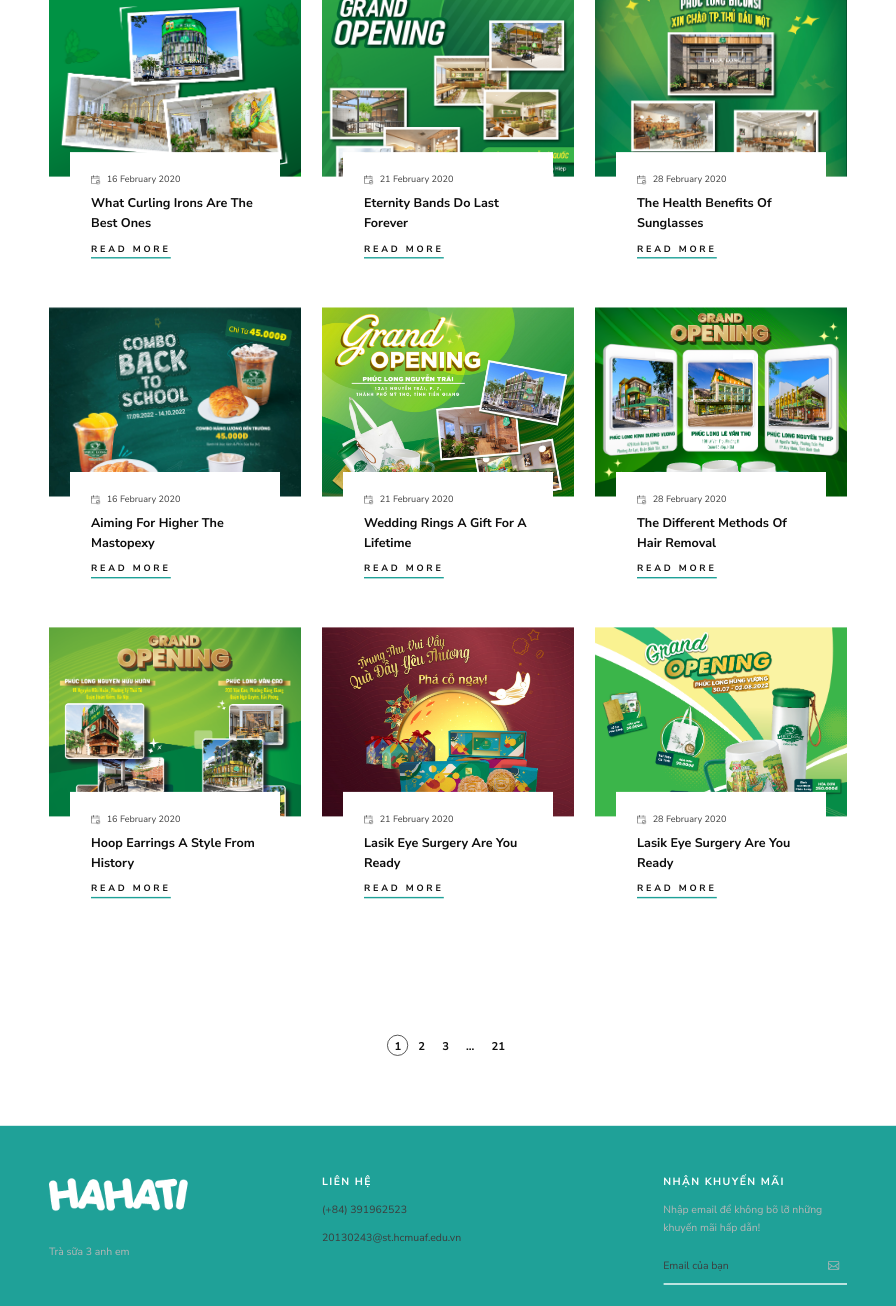
Repository: letrongtinh27/template
Page: blog.html
These files come from the project's save history. The page is drawn as it stood at one moment and after the next save; the edit follows.
The browser window is 1280 px wide. The pictures show the part of the page from y = 686 to 2606 px (the page is 2551 px tall before and 2635 px after), at 70% of full size.

Above is the page before, as saved 2022-10-25 19:31:19.

After the next save:
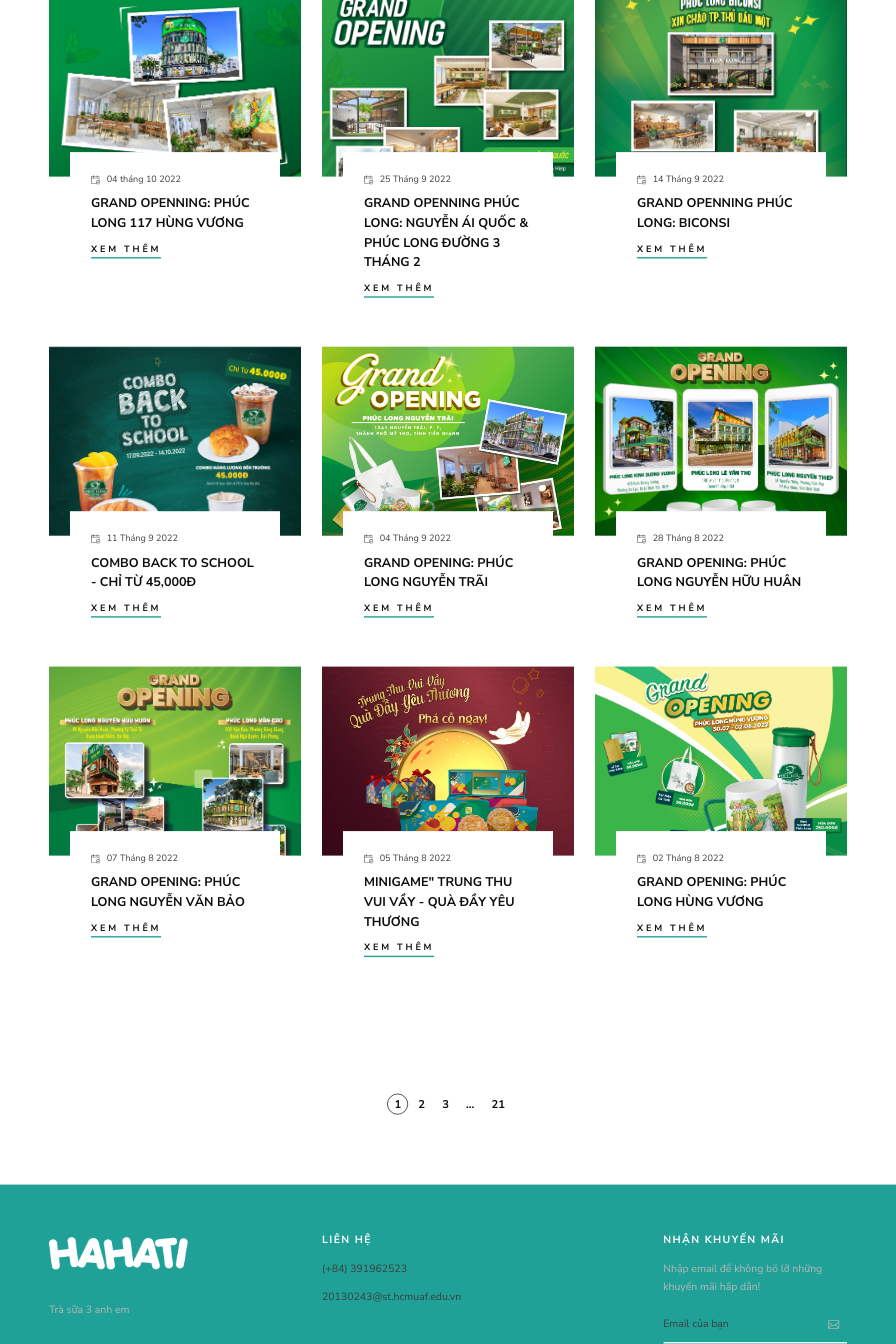
Saved 28 min 39 s later.
--- a/blog.html
+++ b/blog.html
@@ -128,9 +128,9 @@
                 <div class="blog__item">
                     <div class="blog__item__pic set-bg" data-setbg="img/blog/blog-1.jpg"></div>
                     <div class="blog__item__text">
-                        <span><img src="img/icon/calendar.png" alt=""> 16 February 2020</span>
-                        <h5>What Curling Irons Are The Best Ones</h5>
-                        <a href="#">Read More</a>
+                        <span><img src="img/icon/calendar.png" alt=""> 04 tháng 10 2022</span>
+                        <h5>GRAND OPENNING: PHÚC LONG 117 HÙNG VƯƠNG</h5>
+                        <a href="#">Xem Thêm<main></main></a>
                     </div>
                 </div>
             </div>
@@ -138,9 +138,9 @@
                 <div class="blog__item">
                     <div class="blog__item__pic set-bg" data-setbg="img/blog/blog-2.jpg"></div>
                     <div class="blog__item__text">
-                        <span><img src="img/icon/calendar.png" alt=""> 21 February 2020</span>
-                        <h5>Eternity Bands Do Last Forever</h5>
-                        <a href="#">Read More</a>
+                        <span><img src="img/icon/calendar.png" alt=""> 25 Tháng 9 2022</span>
+                        <h5>GRAND OPENNING PHÚC LONG: NGUYỄN ÁI QUỐC & PHÚC LONG ĐƯỜNG 3 THÁNG 2</h5>
+                        <a href="#">Xem Thêm<main></main></a>
                     </div>
                 </div>
             </div>
@@ -148,9 +148,9 @@
                 <div class="blog__item">
                     <div class="blog__item__pic set-bg" data-setbg="img/blog/blog-3.jpg"></div>
                     <div class="blog__item__text">
-                        <span><img src="img/icon/calendar.png" alt=""> 28 February 2020</span>
-                        <h5>The Health Benefits Of Sunglasses</h5>
-                        <a href="#">Read More</a>
+                        <span><img src="img/icon/calendar.png" alt=""> 14 Tháng 9 2022</span>
+                        <h5>GRAND OPENNING PHÚC LONG: BICONSI</h5>
+                        <a href="#">Xem Thêm<main></main></a>
                     </div>
                 </div>
             </div>
@@ -158,9 +158,9 @@
                 <div class="blog__item">
                     <div class="blog__item__pic set-bg" data-setbg="img/blog/blog-4.jpg"></div>
                     <div class="blog__item__text">
-                        <span><img src="img/icon/calendar.png" alt=""> 16 February 2020</span>
-                        <h5>Aiming For Higher The Mastopexy</h5>
-                        <a href="#">Read More</a>
+                        <span><img src="img/icon/calendar.png" alt=""> 11 Tháng 9 2022</span>
+                        <h5>COMBO BACK TO SCHOOL - CHỈ TỪ 45,000Đ</h5>
+                        <a href="#">Xem Thêm<main></main></a>
                     </div>
                 </div>
             </div>
@@ -168,9 +168,9 @@
                 <div class="blog__item">
                     <div class="blog__item__pic set-bg" data-setbg="img/blog/blog-5.jpg"></div>
                     <div class="blog__item__text">
-                        <span><img src="img/icon/calendar.png" alt=""> 21 February 2020</span>
-                        <h5>Wedding Rings A Gift For A Lifetime</h5>
-                        <a href="#">Read More</a>
+                        <span><img src="img/icon/calendar.png" alt=""> 04 Tháng 9 2022</span>
+                        <h5>GRAND OPENING: PHÚC LONG NGUYỄN TRÃI</h5>
+                        <a href="#">Xem Thêm<main></main></a>
                     </div>
                 </div>
             </div>
@@ -178,9 +178,9 @@
                 <div class="blog__item">
                     <div class="blog__item__pic set-bg" data-setbg="img/blog/blog-6.jpg"></div>
                     <div class="blog__item__text">
-                        <span><img src="img/icon/calendar.png" alt=""> 28 February 2020</span>
-                        <h5>The Different Methods Of Hair Removal</h5>
-                        <a href="#">Read More</a>
+                        <span><img src="img/icon/calendar.png" alt=""> 28 Tháng 8 2022</span>
+                        <h5>GRAND OPENING: PHÚC LONG NGUYỄN HỮU HUÂN</h5>
+                        <a href="#">Xem Thêm<main></main></a>
                     </div>
                 </div>
             </div>
@@ -188,9 +188,9 @@
                 <div class="blog__item">
                     <div class="blog__item__pic set-bg" data-setbg="img/blog/blog-7.jpg"></div>
                     <div class="blog__item__text">
-                        <span><img src="img/icon/calendar.png" alt=""> 16 February 2020</span>
-                        <h5>Hoop Earrings A Style From History</h5>
-                        <a href="#">Read More</a>
+                        <span><img src="img/icon/calendar.png" alt=""> 07 Tháng 8 2022</span>
+                        <h5>GRAND OPENING: PHÚC LONG NGUYỄN VĂN BẢO</h5>
+                        <a href="#">Xem Thêm<main></main></a>
                     </div>
                 </div>
             </div>
@@ -198,9 +198,9 @@
                 <div class="blog__item">
                     <div class="blog__item__pic set-bg" data-setbg="img/blog/blog-8.jpg"></div>
                     <div class="blog__item__text">
-                        <span><img src="img/icon/calendar.png" alt=""> 21 February 2020</span>
-                        <h5>Lasik Eye Surgery Are You Ready</h5>
-                        <a href="#">Read More</a>
+                        <span><img src="img/icon/calendar.png" alt=""> 05 Tháng 8 2022</span>
+                        <h5>MINIGAME" TRUNG THU VUI VẦY - QUÀ ĐẦY YÊU THƯƠNG</h5>
+                        <a href="#">Xem Thêm<main></main></a>
                     </div>
                 </div>
             </div>
@@ -208,9 +208,9 @@
                 <div class="blog__item">
                     <div class="blog__item__pic set-bg" data-setbg="img/blog/blog-9.jpg"></div>
                     <div class="blog__item__text">
-                        <span><img src="img/icon/calendar.png" alt=""> 28 February 2020</span>
-                        <h5>Lasik Eye Surgery Are You Ready</h5>
-                        <a href="#">Read More</a>
+                        <span><img src="img/icon/calendar.png" alt=""> 02 Tháng 8 2022</span>
+                        <h5>GRAND OPENING: PHÚC LONG HÙNG VƯƠNG</h5>
+                        <a href="#">Xem Thêm<main></main></a>
                     </div>
                 </div>
             </div>
